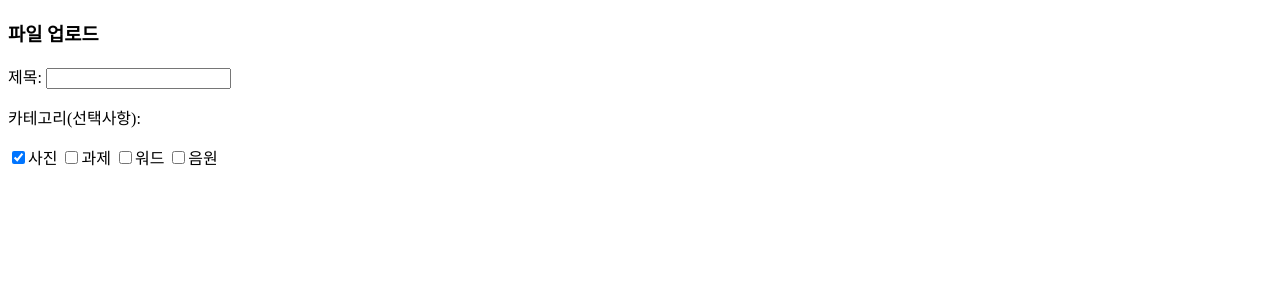
Repository: Motibidu/JSP_Servlet
Page: http://localhost/MushHaveJsp/13FileUpload/FileUploadMain.jsp
An editor plug-in stored every save of this project. The page is shown before and after the next save, followed by the edit.
The browser window is 1280 px wide. The pictures show the whole page.
The page is served by Tomcat 10.

Above is the page before, as saved 2025-05-14 08:05:00.

After the next save:
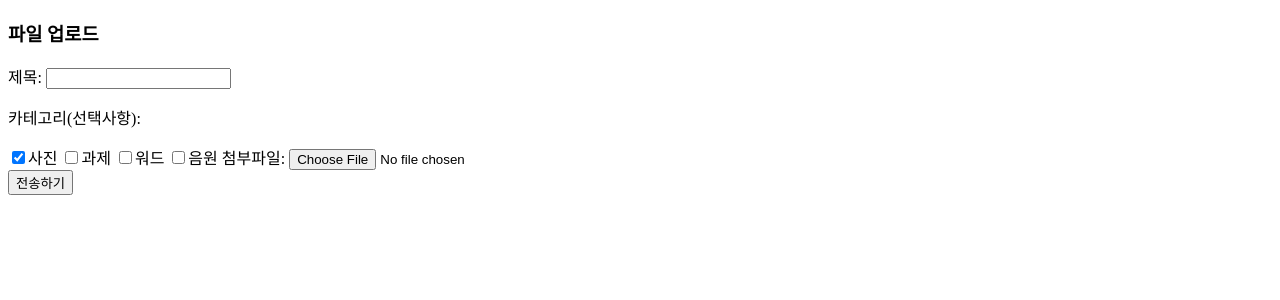
Saved 44 s later.
--- a/MushHaveJsp/src/main/webapp/13FileUpload/FileUploadMain.jsp
+++ b/MushHaveJsp/src/main/webapp/13FileUpload/FileUploadMain.jsp
@@ -18,6 +18,8 @@
 			<input type= "checkbox" id= "task" name= "category" value="과제"/><label for="task">과제</label>
 			<input type= "checkbox" id= "word" name= "category" value="워드"/><label for="word">워드</label>
 			<input type= "checkbox" id= "music" name= "category" value="음원"/><label for="music">음원</label>
+			첨부파일: <input type= "file" name= "ofile"/><br/>
+			<input type= "submit" value="전송하기"/>
 	</form>
 
 	<!-- <form id="fileUploadForm" method="post" enctype="multipart/form-data" action="UploadProcess.do">
